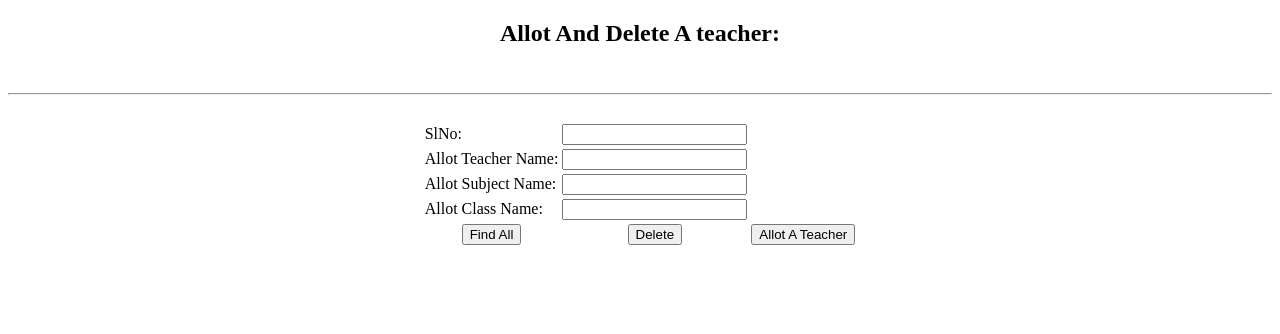
Repository: mdzeyan/JavaFSD-phase2-project
Page: Learners_Academy/src/main/webapp/AllotTeacher.html
An editor plug-in stored every save of this project. The page is shown before and after the next save, followed by the edit.
The browser window is 1280 px wide. The pictures show the whole page.

Above is the page before, as saved 2022-04-01 06:32:53.

### Learners_Academy/src/main/webapp/AllotTeacher.html
<!DOCTYPE html>
<html>
<head>
<meta charset="ISO-8859-1">
<title>Insert title here</title>
</head>
<body>

<form action="ClassBusinessesServlet" method="get">
	<h2 align="center">Allot And Delete A teacher:</h2>
	<br>
	<hr>
	<br>
	<table align="center">


		<tr>
			<td>SlNo:</td>
			<td><input type="text" name="slNo"></td>
		</tr>
		<tr>
			<td>Allot Teacher Name:</td>
			<td><input type="text" name="allocatedTeacher"></td>
		</tr>
		<tr>
			<td>Allot Subject Name:</td>
			<td><input type="text" name="allocatedSubject"></td>
		</tr>
		<tr>
			<td>Allot Class Name:</td>
			<td><input type="text" name="allocatedClass"></td>
		</tr>

		<tr>
			<td align="center"><input type="submit" value="Find All" name="button"></td>
			<td align="center"><input type="submit" value="Delete" name="button"></td>
			<td align="center"><input type="submit" value="Allot A Teacher" name="button"></td>
		</tr>

	</table>
	</form>

</body>
</html>

After the next save:
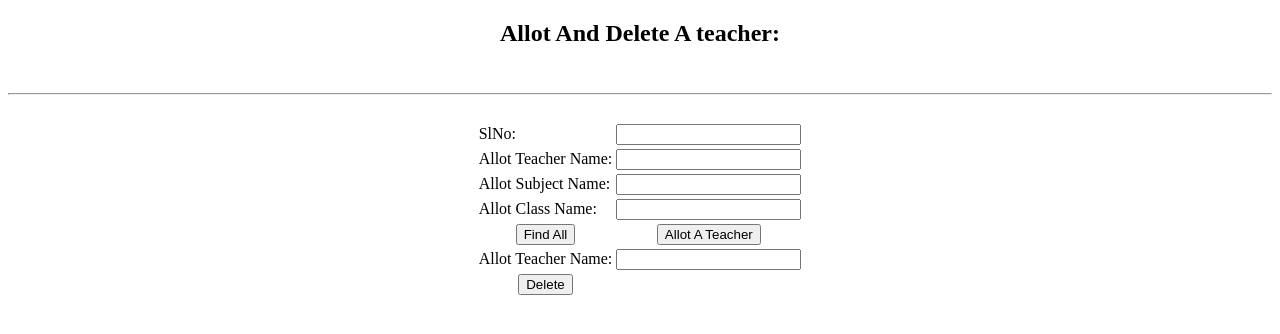
Saved 3 min 24 s later.
--- a/Learners_Academy/src/main/webapp/AllotTeacher.html
+++ b/Learners_Academy/src/main/webapp/AllotTeacher.html
@@ -33,8 +33,15 @@
 
 		<tr>
 			<td align="center"><input type="submit" value="Find All" name="button"></td>
+			<td align="center"><input type="submit" value="Allot A Teacher" name="button"></td>
+		</tr>
+
+		<tr>
+			<td>Allot Teacher Name:</td>
+			<td><input type="text" name="allocatedTeacher"></td>
+		</tr>
+		<tr>
 			<td align="center"><input type="submit" value="Delete" name="button"></td>
-			<td align="center"><input type="submit" value="Allot A Teacher" name="button"></td>
 		</tr>
 
 	</table>
